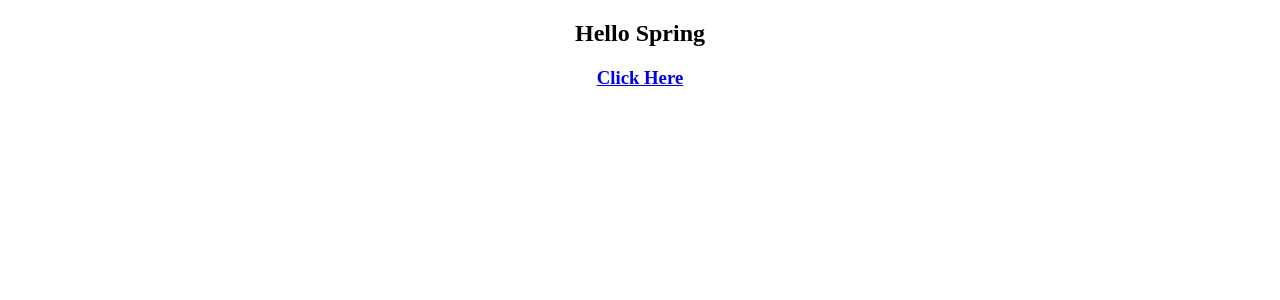
Repository: singhmohan333/spring
Page: http://localhost/HelloWorld/
The author's editor kept a copy of each file at every save. The page is drawn from the files as they stood at one save, then again after the next save.
The browser window is 1280 px wide. The pictures show the whole page.
The page is served by Tomcat 9.

Above is the page before, as saved 2018-01-23 10:46:40.

After the next save:
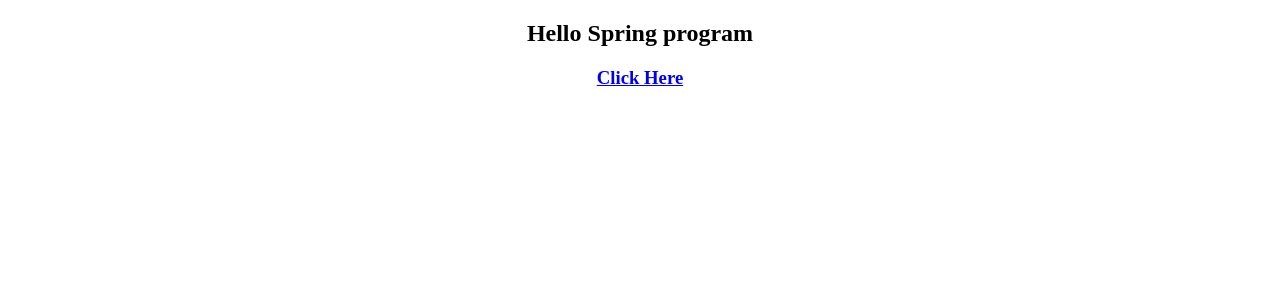
Saved 3 min 36 s later.
--- a/HelloWorld/src/main/webapp/index.jsp
+++ b/HelloWorld/src/main/webapp/index.jsp
@@ -10,7 +10,7 @@
 <body>
 
 	<center>
-		<h2>Hello Spring</h2>
+		<h2>Hello Spring program</h2>
 		<h3>
 			<a href="hello?name=Eric">Click Here</a>
 		</h3>
